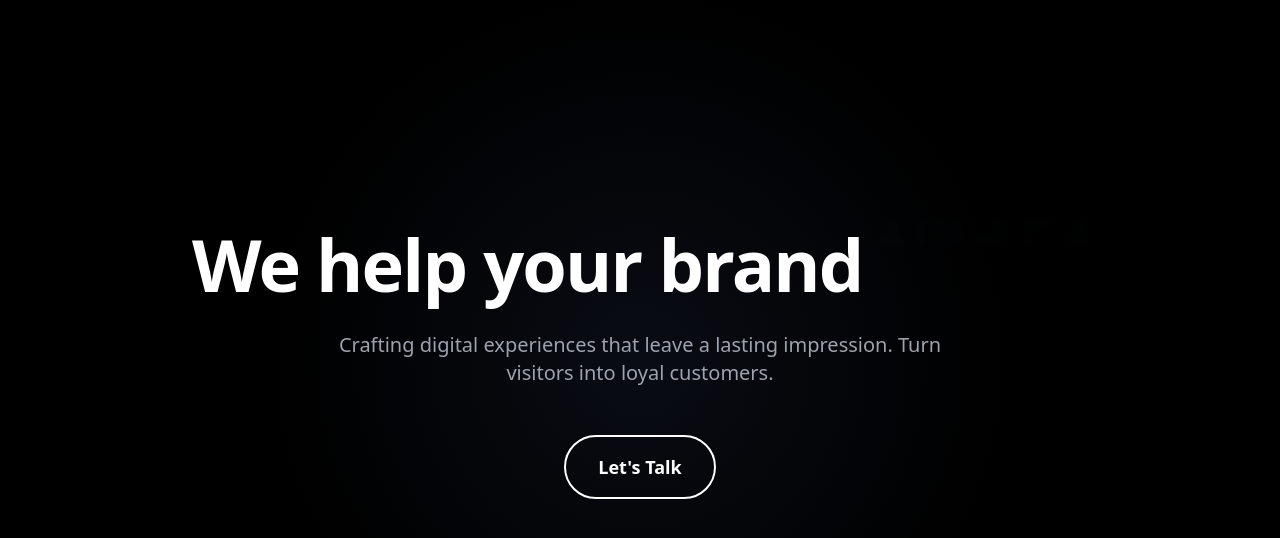
Repository: Ganesh-Bramhane/BRB_DESIGN
Page: /
The author's editor kept a copy of each file at every save. The page is drawn from the files as they stood at one save, then again after a run of saves.
The browser window is 1280 px wide. The pictures show the whole page.
The project was rebuilt for these pictures with package versions that can differ from the ones it lists, and the page was loaded fresh each time.

Above is the page before, as saved 2025-12-26 00:19:25.

After the next 3 saves:
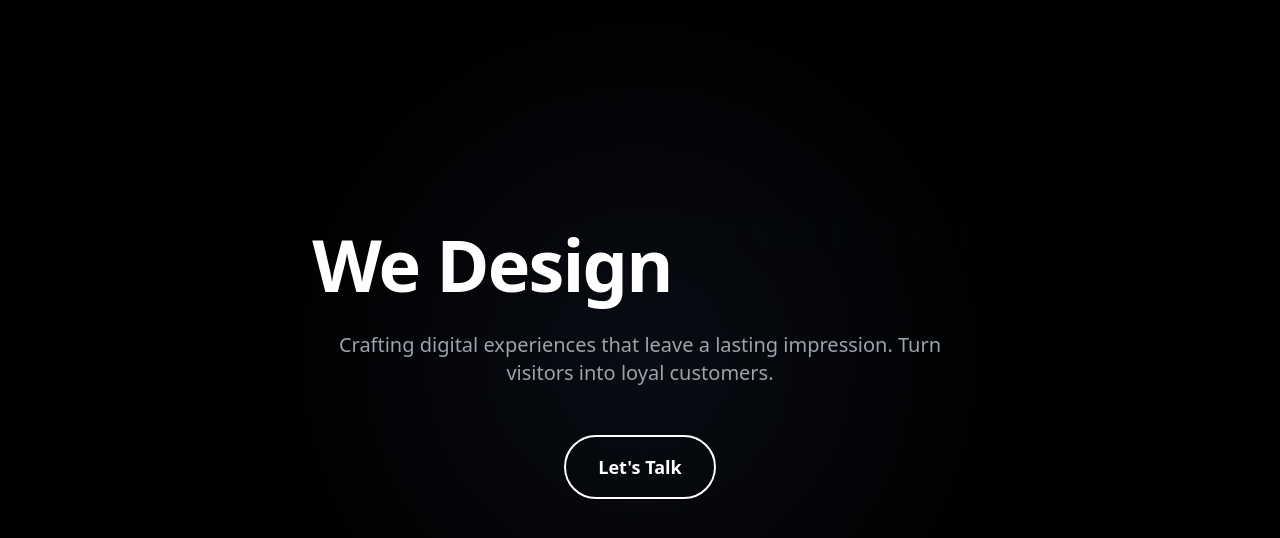
The 3 saves are shown as one change because they came seconds apart.
The last was saved 47 s later.
--- a/src/pages/BrandHero.jsx
+++ b/src/pages/BrandHero.jsx
@@ -24,7 +24,7 @@
       <div className="relative z-10 text-center max-w-4xl mx-auto">
 
         <h1 className="text-4xl md:text-6xl lg:text-7xl font-extrabold tracking-tight mb-6 flex flex-col md:flex-row items-center justify-center gap-2 md:gap-4">
-          <span className="whitespace-nowrap">We help your brand</span>
+          <span className="whitespace-nowrap">We Design</span>
 
           <div className="relative h-[1.2em] w-[220px] md:w-[280px] flex justify-center md:justify-start overflow-hidden text-blue-400">
             <AnimatePresence mode="wait">
